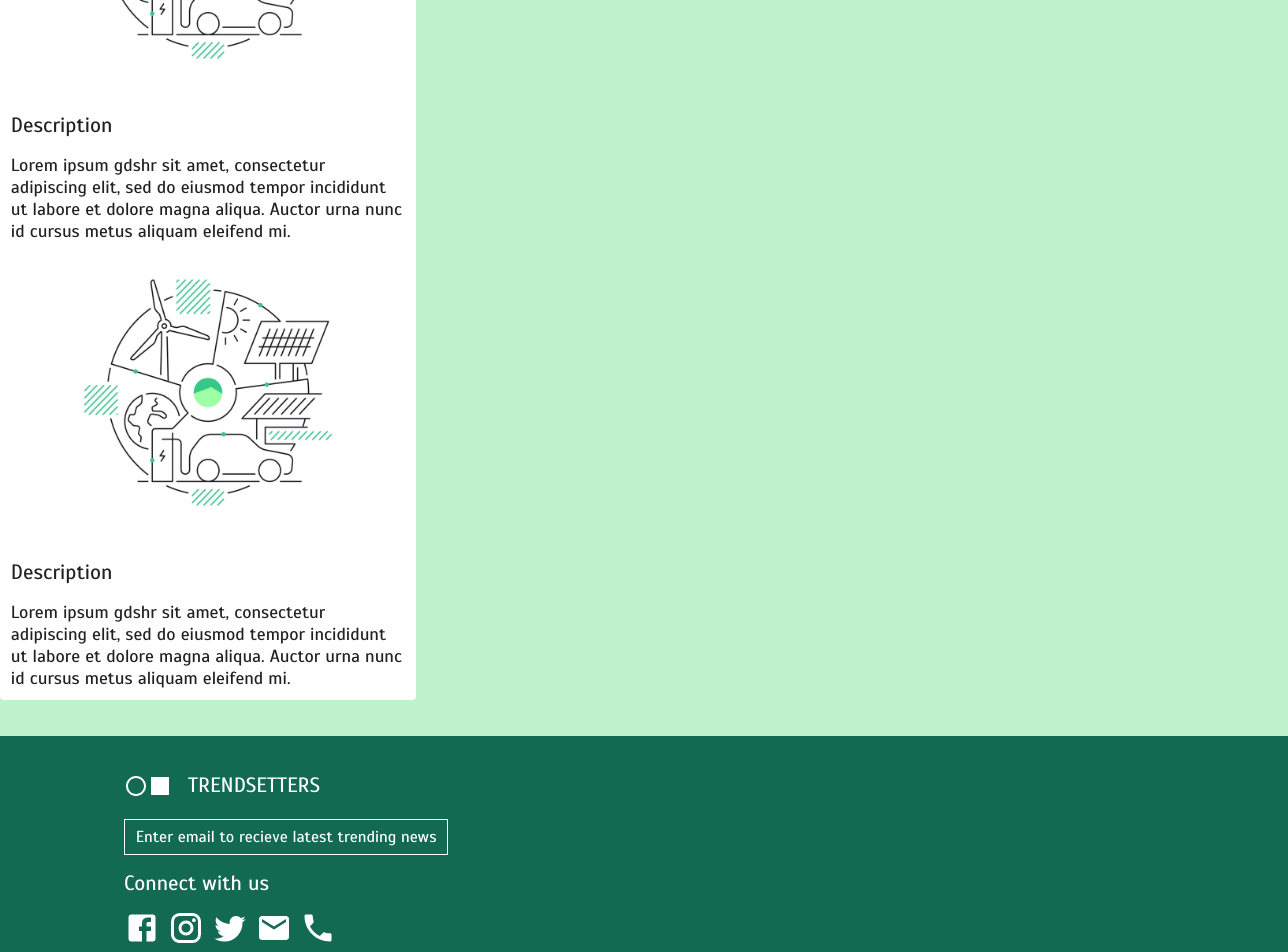
Repository: PRACHIP09/TRINIT_PICO-ZEN_DEV03
Page: /blog
An editor plug-in stored every save of this project. The page is shown before and after the next save, followed by the edit.
The browser window is 1280 px wide. The page is 1288 px wide, so the pictures cover 1288 px, including what lies to the right of the window. The pictures show the part of the page from y = 701 to 1653 px (the page is 2014 px tall before and 1567 px after).
Pictures or frames that could not be fetched are drawn as grey boxes. Some web fonts or font styles are not loaded; a fallback is used. The project was rebuilt for these pictures with package versions that can differ from the ones it lists, and the page was loaded fresh each time. Also part of the build but not shown: src/App.css, src/Pages/Login.jsx, src/Pages/HomePage.jsx, src/Pages/Signup.jsx, src/Pages/Contact.jsx, src/Components/ChatBot/Chatbot.jsx, src/Components/ChatBot/Footer.jsx, src/Components/Farmernavbar/Mobilenavbar.jsx and 26 more.

Above is the page before, as saved 2023-02-11 17:50:41.

### src/index.css
body {
  margin: 0;
  font-family: -apple-system, BlinkMacSystemFont, 'Segoe UI', 'Roboto', 'Oxygen',
    'Ubuntu', 'Cantarell', 'Fira Sans', 'Droid Sans', 'Helvetica Neue',
    sans-serif;
  -webkit-font-smoothing: antialiased;
  -moz-osx-font-smoothing: grayscale;
  text-align: center;
  background-color: #BDF2CD;
}

code {
  font-family: source-code-pro, Menlo, Monaco, Consolas, 'Courier New',
    monospace;
}

.top-marg{
  margin-top: 18rem;
}
.top-marg-signup{
  margin-top: 15rem;
}
.hide-feature{
  display: none;
}
@media screen and (max-width: 900px) {
  .top-marg, .top-marg-signup{
    margin-top: 4rem;
  }
}

### src/Components/ChatBot/Navbar.jsx
import React, { useState } from 'react'
import './Navbar.css';
import { Grid , Drawer} from '@mui/material';
import { NavLink } from 'react-router-dom';
import SmartToyIcon from '@mui/icons-material/SmartToy';
import Modal from "react-modal";
import SimpleForm from './Chatbot';
import ArrowForwardIosIcon from '@mui/icons-material/ArrowForwardIos';
import ArrowBackIosIcon from '@mui/icons-material/ArrowBackIos';
import Mobilenavbar from './Mobilenavbar';

const Navbar = () => {

  const [ModalOpen, setModalOpen] = useState(false);
  const [open, setOpen] = React.useState(false);
  const handleDrawerOpen = () => {
    setOpen(true);
  };
  const handleDrawerClose = () => {
    setOpen(false);
  };
  return (
    <div>
      <Grid container spacing={2} sx={{padding: "3vh 0vh"}}>
        <Grid item xs={4}></Grid>
        <Grid item xs={8} className="webnavbar">
          <Grid container spacing={2}
            sx={{ fontSize: "1.35rem", textDecoration: "none" , textAlign:"right"}}>
            <Grid item xs={3}>
              <NavLink exact activeClassName="active" to='/' className="indicator">HOME</NavLink>
            </Grid>
            <Grid item xs={2}>
              <NavLink activeClassName="active" to='/search' className="indicator">SEARCH</NavLink>
            </Grid>
            <Grid item xs={2}>
              <NavLink activeClassName="active" to='/blog' className="indicator">BLOG</NavLink>
            </Grid>
            <Grid item xs={2}>
              <NavLink activeClassName="active" to='/contactus' className="indicator">CONTACT US</NavLink>
            </Grid>
            <Grid item xs={2}>
              <NavLink activeClassName="active" to='/login' className="indicator">LOGIN/SIGNUP</NavLink>
            </Grid>
          </Grid>
        </Grid>
        <Grid item xs={8}
          style={{ textAlign: "right" }}
          className="mobilenavbar">
          <ArrowBackIosIcon style={{ width: "2rem", height: "2rem", cursor: "pointer" }}
            onClick={handleDrawerOpen} />
        </Grid>
      </Grid>
      <Drawer
        sx={{
          width: 500,
          flexShrink: 0,
          '& .MuiDrawer-paper': {
            width: 350,
            paddingRight: "2rem",
            boxShadow: "none",
            border: "none",
            boxSizing: 'border-box',
            backgroundColor: "#BDF2CD"
          },

        }}
        variant="persistent"
        anchor="right"
        open={open}
      >
        <ArrowForwardIosIcon onClick={handleDrawerClose}
          style={{ height: "2rem", width: "2rem", cursor: "pointer", marginLeft: "90%", marginTop: "2.5vh" }} />
        <Mobilenavbar />
      </Drawer>
    </div>
  )
}

export default Navbar

### src/Pages/Blog.jsx
import { Card, Grid, Button, Checkbox , Modal} from '@mui/material'
import React from 'react'
import image from '../Images/login.webp'
import InvertColorsIcon from '@mui/icons-material/InvertColors';
import LightModeIcon from '@mui/icons-material/LightMode';
import Info from '../Pages/Enthusiasts/BlogInfo';
import MainFeaturedPost from './MainFeaturedPost';
import FeaturedPost from './FeaturedPost';
const Blog= () => {
  const label = { inputProps: { 'aria-label': 'Checkbox demo' } };
  const [open, setOpen] = React.useState(false);
  const handleOpen = () => setOpen(true);
  const handleClose = () => setOpen(false);
  const mainFeaturedPost = {
    title: 'Well being of farmers',
    description:
      "Multiple lines of text that form the lede, informing new readers quickly and efficiently about what's most interesting in this post's contents.",
    image: 'https://source.unsplash.com/random',
    imageText: 'main image description',
    linkText: 'Continue reading…',
  };
  const featuredPosts = [
    {
      title: 'Featured post',
      date: 'Nov 12',
      description:
        'This is a wider card with supporting text below as a natural lead-in to additional content.',
      image: 'https://source.unsplash.com/random',
      imageLabel: 'Image Text',
    },
    {
      title: 'Post title',
      date: 'Nov 11',
      description:
        'This is a wider card with supporting text below as a natural lead-in to additional content.',
      image: 'https://source.unsplash.com/random',
      imageLabel: 'Image Text',
    },
  ];
  return (
    <div>
      <Grid container spacing={2}>
        <Grid item xs={12}>
        <MainFeaturedPost post={mainFeaturedPost} />
        </Grid>

          <Grid item xs={12} style={{ backgroundColor: "#59D7B5", fontSize: "1.5rem", padding: "2vh 0vh" }}>
          <div onClick={handleOpen}>Share Innovation</div>
        </Grid>
        <Grid item xs={12} sm={6} md={4}>
          <Card sx={{ textAlign: "center", boxShadow: "none", padding: "1.5vh" }}>
            <Grid container spacing={2}>
              <Grid item xs={12}>
                <img src={image} style={{ height: "100%", width: "100%" }} />
              </Grid>
              <Grid item xs={12} style={{ fontSize: "1.3rem", textAlign: "left" }}>
                Description
              </Grid>
              <Grid item xs={12} style={{ fontSize: "1.1rem", textAlign: "left" }}>
                Lorem ipsum gdshr sit amet, consectetur adipiscing elit, sed do eiusmod tempor incididunt ut labore et dolore magna aliqua. Auctor urna nunc id cursus metus aliquam eleifend mi.
              </Grid>
            </Grid>
            <Grid container spacing={2}>
              <Grid item xs={12}>
                <img src={image} style={{ height: "100%", width: "100%" }} />
              </Grid>
              <Grid item xs={12} style={{ fontSize: "1.3rem", textAlign: "left" }}>
                Description
              </Grid>
              <Grid item xs={12} style={{ fontSize: "1.1rem", textAlign: "left" }}>
                Lorem ipsum gdshr sit amet, consectetur adipiscing elit, sed do eiusmod tempor incididunt ut labore et dolore magna aliqua. Auctor urna nunc id cursus metus aliquam eleifend mi.
              </Grid>
            </Grid>
          </Card>
        </Grid>
      </Grid>
      <Modal
        open={open}
        onClose={handleClose}
        aria-labelledby="modal-modal-title"
        aria-describedby="modal-modal-description"
      >
        <Info />
      </Modal>
    </div>
  )
}

export default Blog

### src/Components/ChatBot/Navbar.css
@import url('https://fonts.googleapis.com/css2?family=Barrio&family=Cinzel+Decorative&family=La+Belle+Aurore&family=Lavishly+Yours&family=Libre+Barcode+128+Text&family=Libre+Barcode+39&family=Libre+Barcode+39+Text&family=Marck+Script&family=Monoton&family=Ms+Madi&family=Oranienbaum&family=Scada&family=Zilla+Slab+Highlight&display=swap');
body{
    font-family: 'Scada', sans-serif;
}
.active{
    text-decoration: none;
    color:#198769 !important;

}
.indicator
{
    text-decoration: none;
    color: black;
    font-weight: 600;
}
.mobilehead
{
    font-family: 'Ms Madi', cursive;
    font-weight: 600;

}
.fashionhead
{
    font-family: 'Libre Barcode 128 Text', cursive;
}
.elchead{
    font-family: 'Cinzel Decorative', cursive;
}
.btn
{
    font-family: 'Scada', sans-serif;
}
.btnstyle
{
    font-family: 'La Belle Aurore', cursive;
}
.cards :hover
{
    background-color: #7e3535;
    border:3px solid #f8f8f8;
}

button {
    cursor: pointer;
    font: inherit;
    margin: 0;
    padding: 0;
  }

  .button {
    background-color: #404663;
    color: #fff;
    border: 0;
    font-size: 2rem;
    font-weight: 400;
    padding: 0.5em 1.25em;
    border-radius: 0.5em;
    z-index: 999;
    position: relative;
    display: flex;
    gap: 0.5em;
    box-shadow:
      0px 1.7px 2.2px rgba(0, 0, 0, 0.02),
      0px 4px 5.3px rgba(0, 0, 0, 0.028),
      0px 7.5px 10px rgba(0, 0, 0, 0.035),
      0px 13.4px 17.9px rgba(0, 0, 0, 0.042),
      0px 25.1px 33.4px rgba(0, 0, 0, 0.05),
      0px 60px 80px rgba(0, 0, 0, 0.07);
  }

  .button:active {
    transform: scale(1.01);
  }
  .navbarfix{
    top:0;
    background-color: #7e3535;
    position: -webkit-sticky;
    position: sticky;
    display: block;

  }
  .fashioninner{
    text-decoration: none;
    color:"black";
    font-family: 'Libre Barcode 128 Text', cursive;
    font-size: 4rem;
  }
  .mobileinner{
    text-decoration: none;
    color:"black";
    font-family: 'Ms Madi', cursive;
    font-weight: 600;
    font-size: 3.2rem;

  }
  .travelinner{
    text-decoration: none;
    color:"black";
    font-family: 'Ms Madi', cursive;
    font-weight: 600;
    font-size: 3.2rem;
  }
  .electronicsinner{
    text-decoration: none;
    color:"black";
    font-family: 'Cinzel Decorative', cursive;
    font-size: 1.8rem;
    margin-top:5vh;
    font-weight: 600;
  }
  .electricalinner{
    text-decoration: none;
    color:"black";
    font-family: 'Cinzel Decorative', cursive;
    font-size: 1.8rem;
    font-weight: 600;
  }
  .homeinner{
    text-decoration: none;
    color:"black";
    font-family: 'La Belle Aurore', cursive;
    font-weight: 600;
    font-size: 2.2rem;
  }
  .groceryinner{
    text-decoration: none;
    color:"black";
    font-size: 2.5rem;
    font-weight: 600;
    letter-spacing: 2px;
  }



@media screen and (min-width: 900px) {
  .mobilenavbar{
      display:none;
  }
}
@media screen and (max-width: 900px) {
  .webnavbar{
      display:none;
  }
}

### src/Components/ChatBot/Mobilenavbar.jsx
import React, { useState } from 'react'
import './Navbar.css';
import { Grid } from '@mui/material';
import { NavLink } from 'react-router-dom';
const Mobilenavbar = () => {
    return (
        <div>
            <Grid container spacing={2}
                sx={{ fontSize: "1.35rem", textDecoration: "none" }}>
                <Grid item xs={12}>
                    <NavLink exact activeClassName="active" to='/' className="indicator">HOME</NavLink>
                </Grid>
                <Grid item xs={12}>
                    <NavLink activeClassName="active" to='/trends' className="indicator">TRENDS</NavLink>
                </Grid>
                <Grid item xs={12}>
                    <NavLink activeClassName="active" to='/blog' className="indicator">BLOG</NavLink>
                </Grid>
                <Grid item xs={12}>
                    <NavLink activeClassName="active" to='/contactus' className="indicator">CONTACT US</NavLink>
                </Grid>
                <Grid item xs={2}>
              <NavLink activeClassName="active" to='/login' className="indicator">LOGIN/SIGNUP</NavLink>
            </Grid>
            </Grid>
        </div>
    )
}

export default Mobilenavbar

### src/Components/Farmernavbar/Navbar.css
@import url('https://fonts.googleapis.com/css2?family=Barrio&family=Cinzel+Decorative&family=La+Belle+Aurore&family=Lavishly+Yours&family=Libre+Barcode+128+Text&family=Libre+Barcode+39&family=Libre+Barcode+39+Text&family=Marck+Script&family=Monoton&family=Ms+Madi&family=Oranienbaum&family=Scada&family=Zilla+Slab+Highlight&display=swap');
body{
    font-family: 'Scada', sans-serif;
}
.active{
    text-decoration: none;
    color:#198769 !important;

}
.indicator
{
    text-decoration: none;
    color: black;
    font-weight: 600;
}
.mobilehead
{
    font-family: 'Ms Madi', cursive;
    font-weight: 600;

}
.fashionhead
{
    font-family: 'Libre Barcode 128 Text', cursive;
}
.elchead{
    font-family: 'Cinzel Decorative', cursive;
}
.btn
{
    font-family: 'Scada', sans-serif;
}
.btnstyle
{
    font-family: 'La Belle Aurore', cursive;
}
.cards :hover
{
    background-color: #7e3535;
    border:3px solid #f8f8f8;
}

button {
    cursor: pointer;
    font: inherit;
    margin: 0;
    padding: 0;
  }

  .button {
    background-color: #404663;
    color: #fff;
    border: 0;
    font-size: 2rem;
    font-weight: 400;
    padding: 0.5em 1.25em;
    border-radius: 0.5em;
    z-index: 999;
    position: relative;
    display: flex;
    gap: 0.5em;
    box-shadow:
      0px 1.7px 2.2px rgba(0, 0, 0, 0.02),
      0px 4px 5.3px rgba(0, 0, 0, 0.028),
      0px 7.5px 10px rgba(0, 0, 0, 0.035),
      0px 13.4px 17.9px rgba(0, 0, 0, 0.042),
      0px 25.1px 33.4px rgba(0, 0, 0, 0.05),
      0px 60px 80px rgba(0, 0, 0, 0.07);
  }

  .button:active {
    transform: scale(1.01);
  }
  .navbarfix{
    top:0;
    background-color: #7e3535;
    position: -webkit-sticky;
    position: sticky;
    display: block;

  }
  .fashioninner{
    text-decoration: none;
    color:"black";
    font-family: 'Libre Barcode 128 Text', cursive;
    font-size: 4rem;
  }
  .mobileinner{
    text-decoration: none;
    color:"black";
    font-family: 'Ms Madi', cursive;
    font-weight: 600;
    font-size: 3.2rem;

  }
  .travelinner{
    text-decoration: none;
    color:"black";
    font-family: 'Ms Madi', cursive;
    font-weight: 600;
    font-size: 3.2rem;
  }
  .electronicsinner{
    text-decoration: none;
    color:"black";
    font-family: 'Cinzel Decorative', cursive;
    font-size: 1.8rem;
    margin-top:5vh;
    font-weight: 600;
  }
  .electricalinner{
    text-decoration: none;
    color:"black";
    font-family: 'Cinzel Decorative', cursive;
    font-size: 1.8rem;
    font-weight: 600;
  }
  .homeinner{
    text-decoration: none;
    color:"black";
    font-family: 'La Belle Aurore', cursive;
    font-weight: 600;
    font-size: 2.2rem;
  }
  .groceryinner{
    text-decoration: none;
    color:"black";
    font-size: 2.5rem;
    font-weight: 600;
    letter-spacing: 2px;
  }



@media screen and (min-width: 900px) {
  .mobilenavbar{
      display:none;
  }
}
@media screen and (max-width: 900px) {
  .webnavbar{
      display:none;
  }
}

### src/Components/Enthusiastsnavbar/Navbar.css
@import url('https://fonts.googleapis.com/css2?family=Barrio&family=Cinzel+Decorative&family=La+Belle+Aurore&family=Lavishly+Yours&family=Libre+Barcode+128+Text&family=Libre+Barcode+39&family=Libre+Barcode+39+Text&family=Marck+Script&family=Monoton&family=Ms+Madi&family=Oranienbaum&family=Scada&family=Zilla+Slab+Highlight&display=swap');
body{
    font-family: 'Scada', sans-serif;
}
.active{
    text-decoration: none;
    color:#198769 !important;

}
.indicator
{
    text-decoration: none;
    color: black;
    font-weight: 600;
}
.mobilehead
{
    font-family: 'Ms Madi', cursive;
    font-weight: 600;

}
.fashionhead
{
    font-family: 'Libre Barcode 128 Text', cursive;
}
.elchead{
    font-family: 'Cinzel Decorative', cursive;
}
.btn
{
    font-family: 'Scada', sans-serif;
}
.btnstyle
{
    font-family: 'La Belle Aurore', cursive;
}
.cards :hover
{
    background-color: #7e3535;
    border:3px solid #f8f8f8;
}

button {
    cursor: pointer;
    font: inherit;
    margin: 0;
    padding: 0;
  }

  .button {
    background-color: #404663;
    color: #fff;
    border: 0;
    font-size: 2rem;
    font-weight: 400;
    padding: 0.5em 1.25em;
    border-radius: 0.5em;
    z-index: 999;
    position: relative;
    display: flex;
    gap: 0.5em;
    box-shadow:
      0px 1.7px 2.2px rgba(0, 0, 0, 0.02),
      0px 4px 5.3px rgba(0, 0, 0, 0.028),
      0px 7.5px 10px rgba(0, 0, 0, 0.035),
      0px 13.4px 17.9px rgba(0, 0, 0, 0.042),
      0px 25.1px 33.4px rgba(0, 0, 0, 0.05),
      0px 60px 80px rgba(0, 0, 0, 0.07);
  }

  .button:active {
    transform: scale(1.01);
  }
  .navbarfix{
    top:0;
    background-color: #7e3535;
    position: -webkit-sticky;
    position: sticky;
    display: block;

  }
  .fashioninner{
    text-decoration: none;
    color:"black";
    font-family: 'Libre Barcode 128 Text', cursive;
    font-size: 4rem;
  }
  .mobileinner{
    text-decoration: none;
    color:"black";
    font-family: 'Ms Madi', cursive;
    font-weight: 600;
    font-size: 3.2rem;

  }
  .travelinner{
    text-decoration: none;
    color:"black";
    font-family: 'Ms Madi', cursive;
    font-weight: 600;
    font-size: 3.2rem;
  }
  .electronicsinner{
    text-decoration: none;
    color:"black";
    font-family: 'Cinzel Decorative', cursive;
    font-size: 1.8rem;
    margin-top:5vh;
    font-weight: 600;
  }
  .electricalinner{
    text-decoration: none;
    color:"black";
    font-family: 'Cinzel Decorative', cursive;
    font-size: 1.8rem;
    font-weight: 600;
  }
  .homeinner{
    text-decoration: none;
    color:"black";
    font-family: 'La Belle Aurore', cursive;
    font-weight: 600;
    font-size: 2.2rem;
  }
  .groceryinner{
    text-decoration: none;
    color:"black";
    font-size: 2.5rem;
    font-weight: 600;
    letter-spacing: 2px;
  }



@media screen and (min-width: 900px) {
  .mobilenavbar{
      display:none;
  }
}
@media screen and (max-width: 900px) {
  .webnavbar{
      display:none;
  }
}

### src/Components/Government.jsx/Navbar.css
@import url('https://fonts.googleapis.com/css2?family=Barrio&family=Cinzel+Decorative&family=La+Belle+Aurore&family=Lavishly+Yours&family=Libre+Barcode+128+Text&family=Libre+Barcode+39&family=Libre+Barcode+39+Text&family=Marck+Script&family=Monoton&family=Ms+Madi&family=Oranienbaum&family=Scada&family=Zilla+Slab+Highlight&display=swap');
body{
    font-family: 'Scada', sans-serif;
}
.active{
    text-decoration: none;
    color:#198769 !important;

}
.indicator
{
    text-decoration: none;
    color: black;
    font-weight: 600;
}
.mobilehead
{
    font-family: 'Ms Madi', cursive;
    font-weight: 600;

}
.fashionhead
{
    font-family: 'Libre Barcode 128 Text', cursive;
}
.elchead{
    font-family: 'Cinzel Decorative', cursive;
}
.btn
{
    font-family: 'Scada', sans-serif;
}
.btnstyle
{
    font-family: 'La Belle Aurore', cursive;
}
.cards :hover
{
    background-color: #7e3535;
    border:3px solid #f8f8f8;
}

button {
    cursor: pointer;
    font: inherit;
    margin: 0;
    padding: 0;
  }

  .button {
    background-color: #404663;
    color: #fff;
    border: 0;
    font-size: 2rem;
    font-weight: 400;
    padding: 0.5em 1.25em;
    border-radius: 0.5em;
    z-index: 999;
    position: relative;
    display: flex;
    gap: 0.5em;
    box-shadow:
      0px 1.7px 2.2px rgba(0, 0, 0, 0.02),
      0px 4px 5.3px rgba(0, 0, 0, 0.028),
      0px 7.5px 10px rgba(0, 0, 0, 0.035),
      0px 13.4px 17.9px rgba(0, 0, 0, 0.042),
      0px 25.1px 33.4px rgba(0, 0, 0, 0.05),
      0px 60px 80px rgba(0, 0, 0, 0.07);
  }

  .button:active {
    transform: scale(1.01);
  }
  .navbarfix{
    top:0;
    background-color: #7e3535;
    position: -webkit-sticky;
    position: sticky;
    display: block;

  }
  .fashioninner{
    text-decoration: none;
    color:"black";
    font-family: 'Libre Barcode 128 Text', cursive;
    font-size: 4rem;
  }
  .mobileinner{
    text-decoration: none;
    color:"black";
    font-family: 'Ms Madi', cursive;
    font-weight: 600;
    font-size: 3.2rem;

  }
  .travelinner{
    text-decoration: none;
    color:"black";
    font-family: 'Ms Madi', cursive;
    font-weight: 600;
    font-size: 3.2rem;
  }
  .electronicsinner{
    text-decoration: none;
    color:"black";
    font-family: 'Cinzel Decorative', cursive;
    font-size: 1.8rem;
    margin-top:5vh;
    font-weight: 600;
  }
  .electricalinner{
    text-decoration: none;
    color:"black";
    font-family: 'Cinzel Decorative', cursive;
    font-size: 1.8rem;
    font-weight: 600;
  }
  .homeinner{
    text-decoration: none;
    color:"black";
    font-family: 'La Belle Aurore', cursive;
    font-weight: 600;
    font-size: 2.2rem;
  }
  .groceryinner{
    text-decoration: none;
    color:"black";
    font-size: 2.5rem;
    font-weight: 600;
    letter-spacing: 2px;
  }



@media screen and (min-width: 900px) {
  .mobilenavbar{
      display:none;
  }
}
@media screen and (max-width: 900px) {
  .webnavbar{
      display:none;
  }
}

### src/Pages/MainFeaturedPost.jsx
import * as React from 'react';
import PropTypes from 'prop-types';
import Paper from '@mui/material/Paper';
import Typography from '@mui/material/Typography';
import Grid from '@mui/material/Grid';
import Link from '@mui/material/Link';
import Box from '@mui/material/Box';

function MainFeaturedPost(props) {
  const { post } = props;

  return (
    <Paper
      sx={{
        position: 'relative',
        backgroundColor: 'grey.800',
        color: '#fff',
        mb: 4,
        backgroundSize: 'cover',
        backgroundRepeat: 'no-repeat',
        backgroundPosition: 'center',
        backgroundImage: `url(${post.image})`,
      }}
    >
      {/* Increase the priority of the hero background image */}
      {<img style={{ display: 'none' }} src={post.image} alt={post.imageText} />}
      <Box
        sx={{
          position: 'absolute',
          top: 0,
          bottom: 0,
          right: 0,
          left: 0,
          backgroundColor: 'rgba(0,0,0,.3)',
        }}
      />
      <Grid container>
        <Grid item md={6}>
          <Box
            sx={{
              position: 'relative',
              p: { xs: 3, md: 6 },
              pr: { md: 0 },
            }}
          >
            <Typography component="h1" variant="h3" color="inherit" gutterBottom>
              {post.title}
            </Typography>
            <Typography variant="h5" color="inherit" paragraph>
              {post.description}
            </Typography>
            <Link variant="subtitle1" href="#">
              {post.linkText}
            </Link>
          </Box>
        </Grid>
      </Grid>
    </Paper>
  );
}

MainFeaturedPost.propTypes = {
  post: PropTypes.shape({
    description: PropTypes.string.isRequired,
    image: PropTypes.string.isRequired,
    imageText: PropTypes.string.isRequired,
    linkText: PropTypes.string.isRequired,
    title: PropTypes.string.isRequired,
  }).isRequired,
};

export default MainFeaturedPost;

Loaded but not shown: public/index.html (common file); src/reportWebVitals.js (common file); src/App.js (62 lines, source omitted); src/index.js (17 lines, source omitted); src/Components/Farmernavbar/StickyFooter.jsx (181 lines, source omitted)

After the next save:
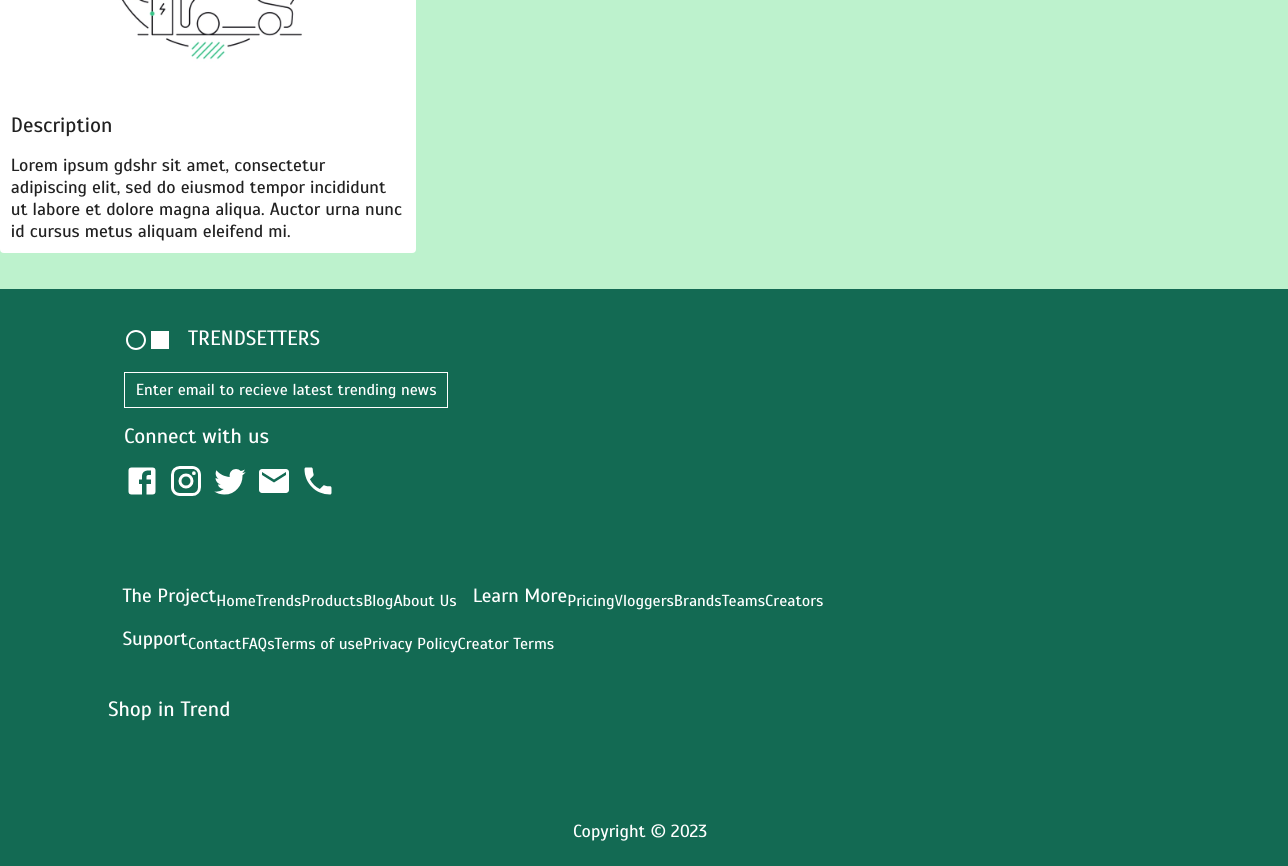
Saved 59 s later.
--- a/src/Pages/Blog.jsx
+++ b/src/Pages/Blog.jsx
@@ -60,17 +60,7 @@ const Blog= () => {
                 Lorem ipsum gdshr sit amet, consectetur adipiscing elit, sed do eiusmod tempor incididunt ut labore et dolore magna aliqua. Auctor urna nunc id cursus metus aliquam eleifend mi.
               </Grid>
             </Grid>
-            <Grid container spacing={2}>
-              <Grid item xs={12}>
-                <img src={image} style={{ height: "100%", width: "100%" }} />
-              </Grid>
-              <Grid item xs={12} style={{ fontSize: "1.3rem", textAlign: "left" }}>
-                Description
-              </Grid>
-              <Grid item xs={12} style={{ fontSize: "1.1rem", textAlign: "left" }}>
-                Lorem ipsum gdshr sit amet, consectetur adipiscing elit, sed do eiusmod tempor incididunt ut labore et dolore magna aliqua. Auctor urna nunc id cursus metus aliquam eleifend mi.
-              </Grid>
-            </Grid>
+
           </Card>
         </Grid>
       </Grid>
